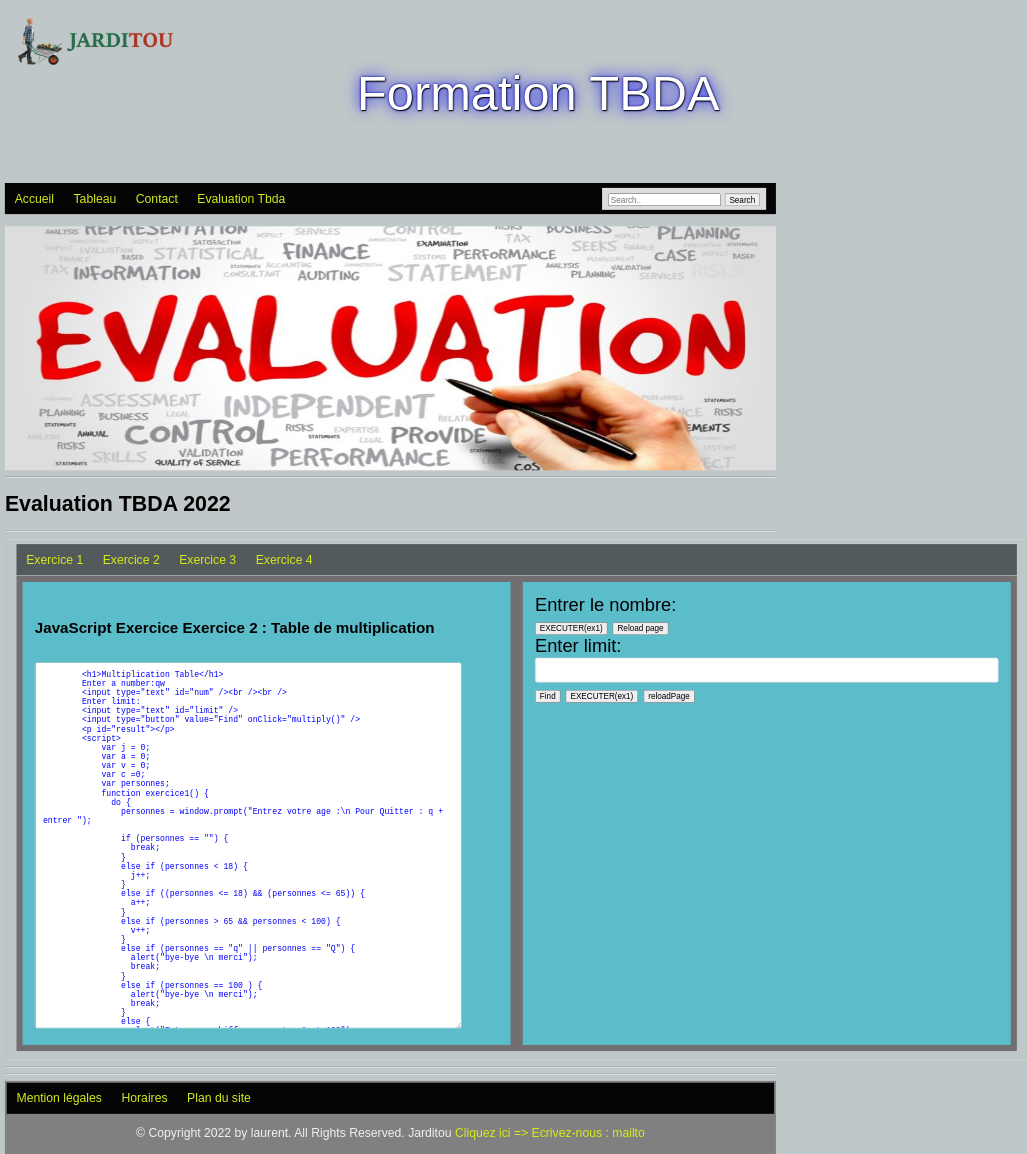
Repository: laurentbul/jarditou
Page: javascript/EvaluationTbda/ex1.html
An editor plug-in stored every save of this project. The page is shown before and after the next save, followed by the edit.
The browser window is 1280 px wide. The page is 1684 px wide, so the pictures cover 1684 px, including what lies to the right of the window. The pictures show the whole page, at 61% of full size.
An inner scrolling area shows only its first screen.

Above is the page before, as saved 2022-12-15 20:53:25.

### javascript/EvaluationTbda/ex1.html
<!DOCTYPE html>
<html lang="fr">

<head>
    <meta charset="UTF-8">
    <meta http-equiv="X-UA-Compatible" content="IE=edge">
    <meta name="viewport" content="width=device-width, initial-scale=1.0">
    <title>cours exercices HTML</title>
    <link rel="stylesheet" href="../assets/css/style.css" />
    <style>
        .flex-container2 {
            display: flex;
            background-color: rgb(114, 111, 113);
            justify-content: center;
        }

        .flex-container2>div {
            background-color: #5cbdca;
            margin: 10px;
            padding: 20px;
            font-size: 30px;
            width: 800px;
        }
    </style>
</head>

<body>
    <div class="flex-container">
        <div class="logo"><img src="../assets/img/jarditou_logo.png" alt="jarditou logo" title="jarditou logo"
                height="80" />
        </div>
        <div>
            <p class="slogan">Formation TBDA </p>
        </div>
    </div>
    <nav>
        <ul>
            <li><a href="../index.html">Accueil</a></li>
            <li><a href="../table.html">Tableau</a></li>
            <li><a href="../contact.html">Contact</a></li>
            <li><a href="../EvaluationTbda/evaluation_tbda.html">Evaluation Tbda</a></li>
            <li class="search-container">
                <div>
                    <form action="/action_page.php">
                        <input type="text" class="searchinput" placeholder="Search.." name="search" />
                        <button type="submit">Search</button>
                    </form>
                </div>
            </li>
        </ul>
    </nav>
    <img src="../assets/img/evaluation2.jpg" width="500" height="400" alt="qu'est ce que html" class="imgpromotion"
        title="promotion jarditou" />
    <hr />
    <h1>Evaluation TBDA 2022</h1>
    <hr>
    <fieldset>
        <nav style="padding:1px 0; font-size:20px;">
            <ul style="background-color: #525a5b;">
                <li><a href="eval_ex1.html">Exercice 1 </a></li>
                <li><a href="eval_ex2.html">Exercice 2 </a></li>
                <li><a href="eval_ex3.html">Exercice 3</a></li>
                <li><a href="eval_ex4.html">Exercice 4</a></li>
            </ul>
        </nav>
        <div class="flex-container2">
            <div id="code">
                <h5>JavaScript Exercice Exercice 2 : Table de multiplication</h5>
                <textarea style="height: 600px;width: 700px; color: blue;">
        <h1>Multiplication Table</h1>
        Enter a number:qw
        <input type="text" id="num" /><br /><br />
        Enter limit:
        <input type="text" id="limit" />
        <input type="button" value="Find" onClick="multiply()" />
        <p id="result"></p>
        <script>
            var j = 0;
            var a = 0;
            var v = 0;
            var c =0;
            var personnes;
            function exercice1() {
              do {
                personnes = window.prompt("Entrez votre age :\n Pour Quitter : q + entrer ");

                if (personnes == "") {
                  break;
                }
                else if (personnes < 18) {
                  j++;
                }
                else if ((personnes <= 18) && (personnes <= 65)) {
                  a++;
                }
                else if (personnes > 65 && personnes < 100) {
                  v++;
                }
                else if (personnes == "q" || personnes == "Q") {
                  alert("bye-bye \n merci");
                  break;
                }
                else if (personnes == 100 ) {
                  alert("bye-bye \n merci");
                  break;
                }
                else {
                  alert("Entrer un chiffre svp entre 1 et 100")
                }
              }
              while (personnes <= 100);
              window.alert("Il y a " + "" + j + "" + " jeunes\n " + "Il y a " + "" + a + "" + " adulte\n " + " Il y a " + "" + v + "" + " vieux\n " + " dont " +  c + "" + " centenaire ");
              document.getElementById("ex1").innerHTML = "Il y a " + "" + j + "" + " jeunes\n " + "Il y a " + "" + a + "" + " adulte\n " + " Il y a " + "" + v + "" + " vieux\n " + " dont " +  c + "" + " centenaire ");
              //document.write("Il y a " + "" + j + "" + " jeunes\n " + "Il y a " + "" + a + "" + " adulte\n " + " Il y a " + " Il y a " + "" + v + "" +" vieux\n " + " dont "+ " 1 " + "" + " centenaire ");
            }
            function myFunction() {
              location.reload();
            }
            function reset() {
              document.getElementById("myForm").reset();
            }
          </script>
    </textarea>
            </div>
            <div id="ex1">
                <div>
                    Entrer le nombre:
                    <div><input type="button" onclick="exercice1()" value="EXECUTER(ex1)">
                        <input type="button" onclick="myFunction()" value="Reload page">
                    </div>
                    Enter limit:
                    <input type="text" id="limit" />
                    <input type="button" value="Find" onClick="multiply()" />
                    <input type="button" onclick="multiply() " value="EXECUTER(ex1)">
                    <input type="button" onclick="myFunction()" value="reloadPage">
                    <p id="result"></p>
                </div>
            </div>
        </div>
    </fieldset>
    <hr>
    <script>
        var j = 0;
        var a = 0;
        var v = 0;
        var personnes;
        function exercice1() {
          do {
            personnes = window.prompt("Entrez votre age :\n Pour Quitter : q + entrer ");

            if (personnes == "") {
              break;
            }
            else if (personnes < 18) {
              j++;
            }
            else if ((personnes <= 18) || (personnes <= 65)) {
              a++;
            }
            else if (personnes > 65 || personnes < 100) {
              v++;
            }
            else if (personnes == "q" || personnes == "Q") {
              alert("bye-bye \n merci");
              break;
            }
            else {
              alert("Entrer un chiffre svp entre 1 et 100")
            }
          }
          while (personnes != 100);
          window.alert("Il y a " + "" + j + "" + " jeunes\n " + "Il y a " + "" + a + "" + " adulte\n " + " Il y a " + " Il y a " + "" + v + "" + " vieux\n " + " dont " + " 1 " + "" + " centenaire ");
          document.getElementById("ex1").innerHTML = "Il y a " + "" + j + "" + " jeunes\n " + "Il y a " + "" + a + "" + " adulte\n " + " Il y a " + " Il y a " + "" + v + "" + " vieux\n " + " dont " + " 1 " + "" + " centenaire ";
          //document.write("Il y a " + "" + j + "" + " jeunes\n " + "Il y a " + "" + a + "" + " adulte\n " + " Il y a " + " Il y a " + "" + v + "" +" vieux\n " + " dont "+ " 1 " + "" + " centenaire ");
        }
        function myFunction() {
          location.reload();
        }
        function reset() {
          document.getElementById("myForm").reset();
        }
      </script>
    <hr>
    <footer>
        <nav>
            <ul>
                <li><a href="mentionlegale.html">Mention légales</a></li>
                <li><a href="horaire.html">Horaires</a></li>
                <li><a href="plandusite.html">Plan du site</a></li>
            </ul>
        </nav>
        <p style="color: rgb(244, 238, 238);">
            &copy; Copyright 2022 by laurent. All Rights Reserved. Jarditou
            <a href="mailto:dave.loper@afpa.fr" title="Nous contacter">
                Cliquez ici => Ecrivez-nous : mailto
            </a>
        </p>
    </footer>
</body>

</html>

### javascript/assets/css/style.css
body {
  font-family: Arial, Helvetica, sans-serif;
  padding: 0px;
  background-color: rgb(192, 199, 201);
  font-size: 20px;
  height: 1500px;
}
h1{font-size: 35px;
}
h2{font-size: 20px;
}
.flex-container {
  display: flex;
}

.flex-container>div {
  padding: 20px;
}

.jarditou_logo {
  height: 80px;
}

.slogan {
  color: white;
  text-shadow: 1px 1px 2px black, 0 0 25px blue, 0 0 5px darkblue;
  font-size: 40px;
  margin-left: 250px;
  font-size: 80px;
}

ul {
  list-style-type: none;
  margin: 0;
  padding: 0;
  overflow: hidden;
  background-color: rgb(5, 5, 5);
}

li {
  float: left;
}

li a {
  display: block;
  color: white;
  text-align: center;
  padding: 14px 16px;
  text-decoration: none;
}

li a:hover:not(.active) {
  background-color: rgb(240, 10, 10);
}

.active {
  background-color: #4caf50;
}

a:link {
  color: rgb(214, 235, 28);
  background-color: transparent;
  text-decoration: none;
}

ul.a {

  background-color: rgb(179, 167, 167);

  color:rgb(42, 226, 211);

}


aside {
  width: 30%;
  height: 25%px;
  padding-left: 15px;
  float: right;
  font-style: italic;
  background-color: lightgray;
  margin-right: 60px;
  /*display:none */ /*===========correction =======================*/
}



.imgpromotion {
  display: block;
  margin-top: 20px;
  margin-left: auto;
  margin-right: auto;
  width: 100%;
}


footer {
  text-align: center;
  padding: 3px;
  background-color: gray;
  color: white;
}


.search-container {
  float: right;
  padding: 6px 10px;
  margin-top: 8px;
  margin-right: 16px;
  background: #ddd;
  font-size: 20px;
  border: none;
  cursor: pointer;
}


* {
  box-sizing: border-box;
}

input[type=text]:not(.searchinput),
select,
textarea {
  width: 100%;
  padding: 12px;
  border: 1px solid #ccc;
  border-radius: 4px;
  resize: vertical;
}



input[type=submit] {
  display: block;
  margin: 0px;
  width: 100%;
  padding: 12px;
  background-color: rgb(211, 211, 212);
}


input[type=submit]:hover {
  background-color: #d6c82f;
}

.container {
  border-radius: 5px;
  background-color: #af1818;
  padding: 20px;
}

#pays {
  font-size: 20px;
}

#birthday {
  font-size: 20px;
}

table {
  margin-bottom: 50px;
  margin-left: 100px;
}


th,
td {
  border: 1px solid black;
  border-collapse: collapse;
  margin-left: 100px;
  margin-bottom: 10px;
  background-color: #3f3324;
}

th {
  background-color: gray;
}

tr {
  color: azure;
}

table {
  width: 50%;
}

.btncontact {
  height: 45px;
  width: 200px;
  background-color: hsl(127, 4%, 46%);
  font-size: 20px;
  margin-left: 100px;
}

.btncontact:hover {
  background-color: #6ab0d8;
  color: white;
}

/* Responsive layout - when the screen is less than 768px wide, make the two columns stack on top of each other instead of next to each other */
@media screen and (max-width: 768px) {

  body {

    background-color: lavender;
    font-size: 14px;
  }


  .flex-container {
    display: flex;
  }

  .flex-container>div {
    padding: 0px;

  }

  .jarditou_logo {
    height: 80px;
  }

  .slogan {
    color: white;
    text-shadow: 1px 1px 2px black, 0 0 25px blue, 0 0 5px darkblue;
    margin-left: 0px;
    font-size: 40px;
  }

  ul {
    list-style-type: none;
    background-color: #367791;
    width: 768px;
  }

  li {
    background-color: rgb(10, 10, 10);
    display: flex;
    justify-content: center;
    width: 768px;
  }

  li a:hover:not(.active) {
    background-color: rgb(240, 10, 10);
  }

  aside{
    visibility: hidden;
}


}

.error{
  color: rgb(197, 22, 22);
}

After the next save:
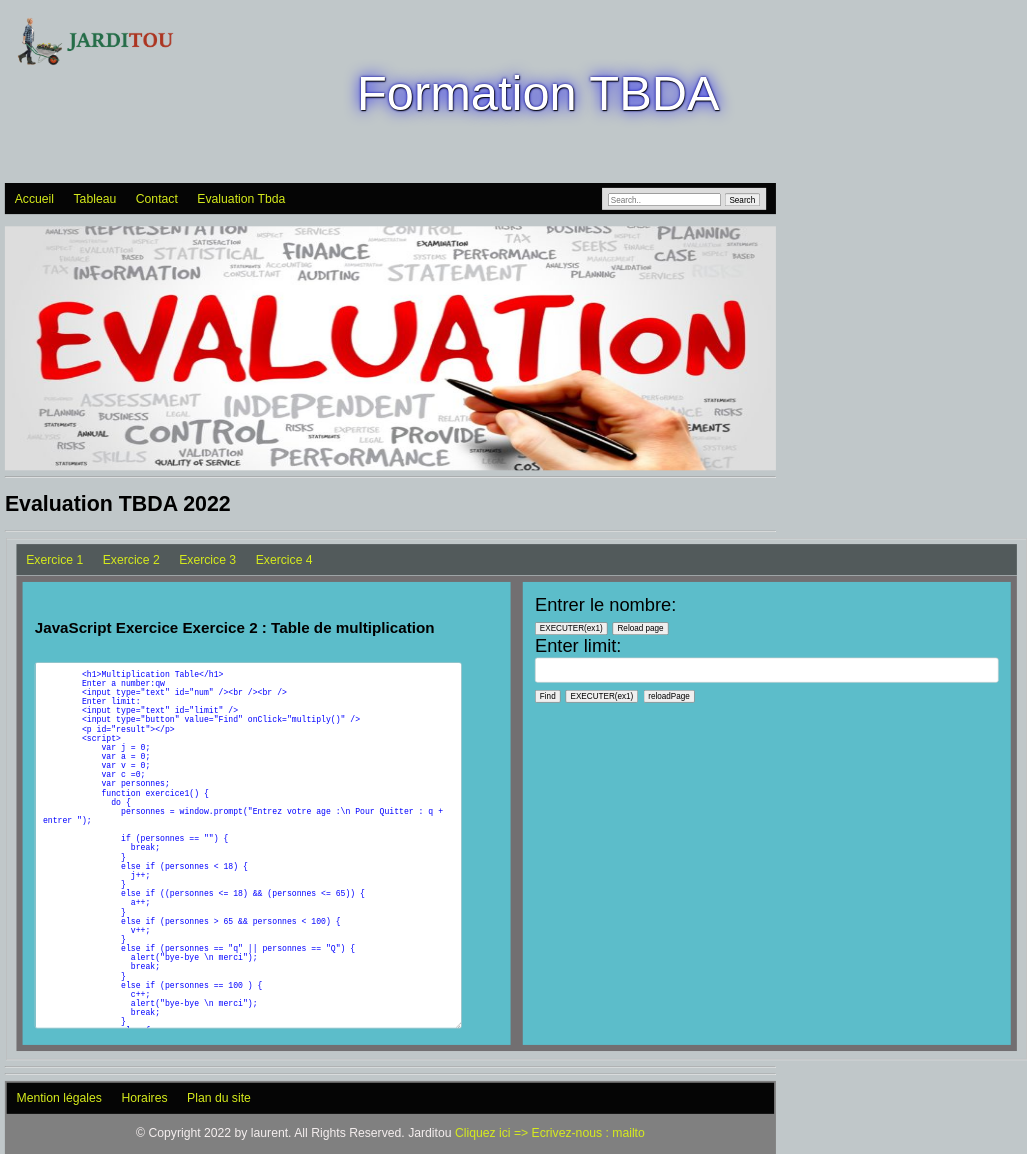
Saved 29 s later.
--- a/javascript/EvaluationTbda/ex1.html
+++ b/javascript/EvaluationTbda/ex1.html
@@ -101,6 +101,7 @@
                   break;
                 }
                 else if (personnes == 100 ) {
+                  c++;
                   alert("bye-bye \n merci");
                   break;
                 }
